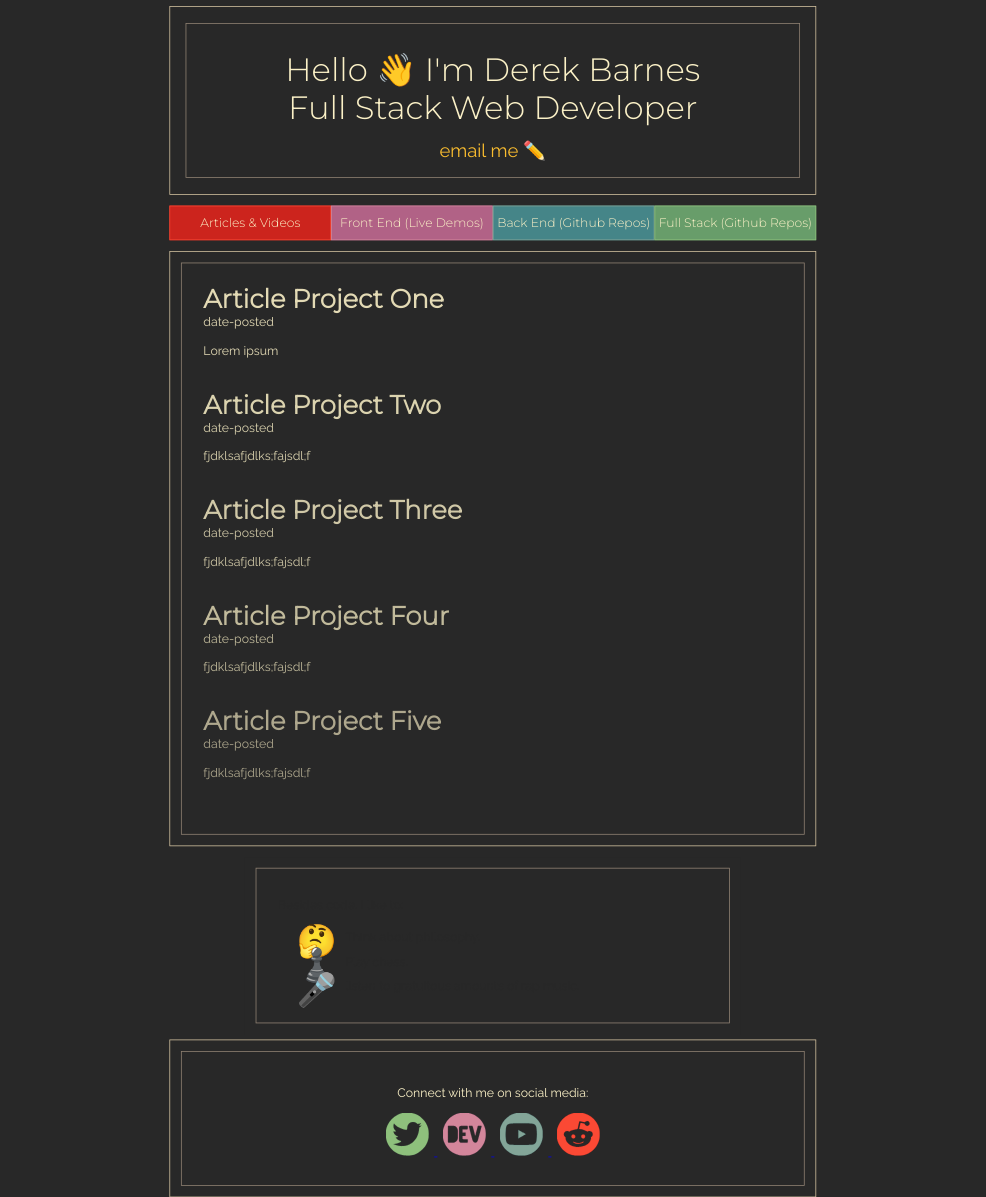
Repository: dsbarnes/groovy-blog
Page: index.html
These files come from the project's save history. The page is drawn as it stood at one moment and after the next save; the edit follows.
The browser window is 1280 px wide. The pictures show the whole page, at 77% of full size.
After loading, the first visible `#articles` was clicked once.
The style sheet was rebuilt from its Sass, Less or Tailwind sources for each picture, by a compiler version that may differ from the author's.

Above is the page before, as saved 2020-05-11 15:45:52.

After the next save:
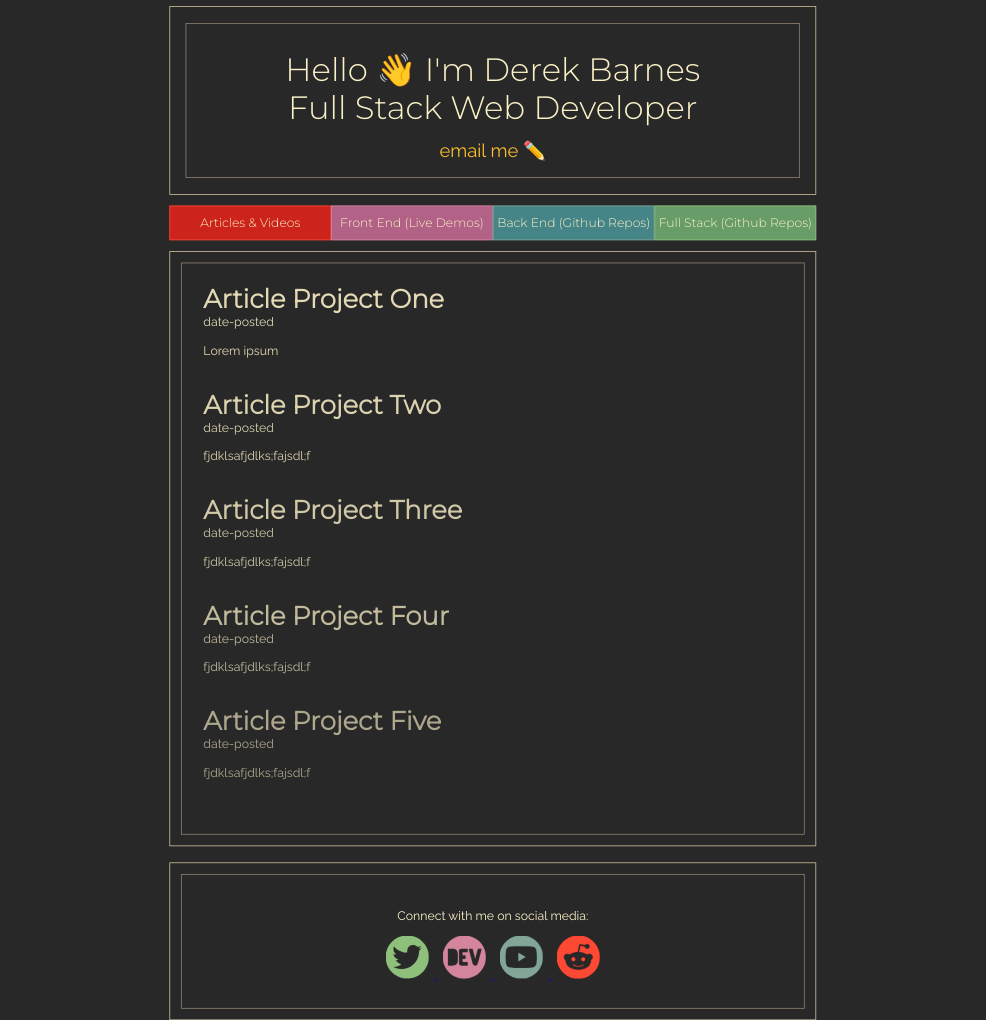
Saved 52 s later.
--- a/style.scss
+++ b/style.scss
@@ -123,6 +123,7 @@ h1{ @include font-fam-size($title-font, $title-font-size/1.25)}
   width: calc(100% - 28px);  // $margin-pad-size*2
   margin: $margin-pad-sizing auto 0 auto;
   padding: $margin-pad-sizing*2;
+  // overflow: scroll;
 }
 
 // This is the section that expands:
@@ -131,13 +132,11 @@ h1{ @include font-fam-size($title-font, $title-font-size/1.25)}
   @include font-fam-size($body-font, $body-font-size);
   line-height: $margin-pad-sizing/2;
   margin: $margin-pad-sizing 0;
+  // overflow: scroll;
   flex: 3;
-
   ::-webkit-scrollbar { background: $background-alt-color; }
   ::-webkit-scrollbar-thumb { background:$background-alt-color; -webkit-border-radius: 5px;}
   ::-webkit-scrollbar-corner { background:$background-color; }
-
-  #content-section-text{}
 }
 .content.collapsed{
   .double-border{
@@ -180,7 +179,9 @@ h1{ @include font-fam-size($title-font, $title-font-size/1.25)}
 .hobbies.collapsed {
   border: 0px solid $background-color;
   color: $background-color;
+  overflow: hidden;
   flex: 0;
+  // Big number to squeze box inward
   margin: 0 $margin-pad-sizing * 7;
 }
 
